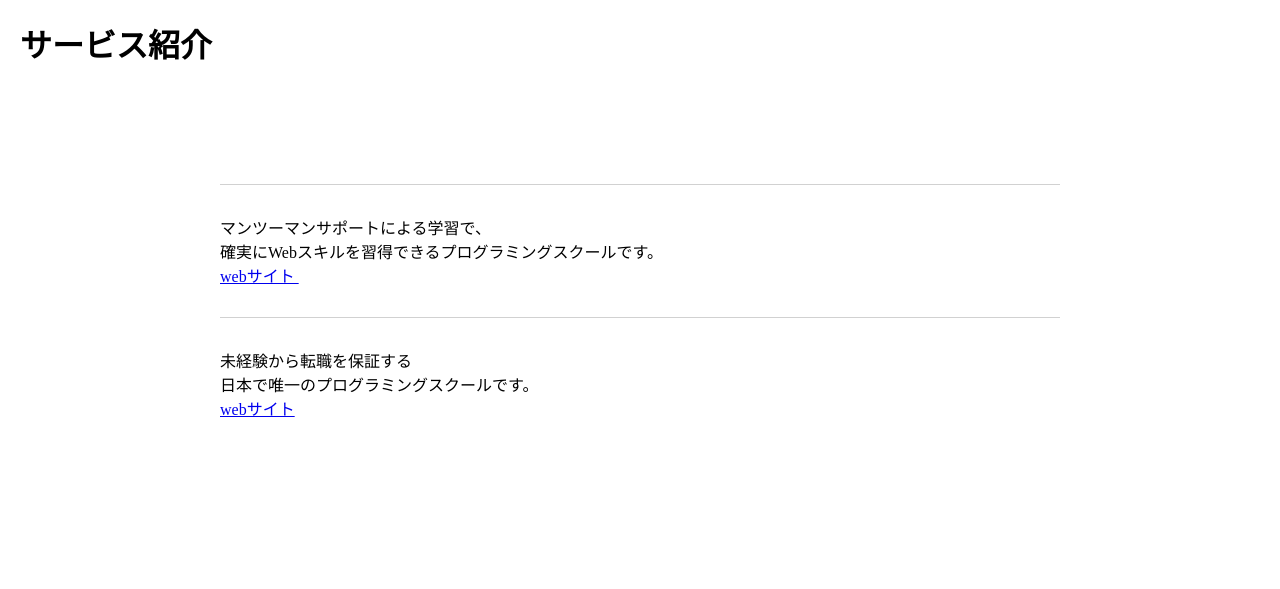
Repository: yesohnuki/shinya-ohnuki
Page: caravan/7.html
The author's editor kept a record of every edit. The page is drawn from the files as they stood at one moment, then again after the next edit.
The browser window is 1280 px wide. The pictures show the whole page.

Above is the page before.

After the next edit:
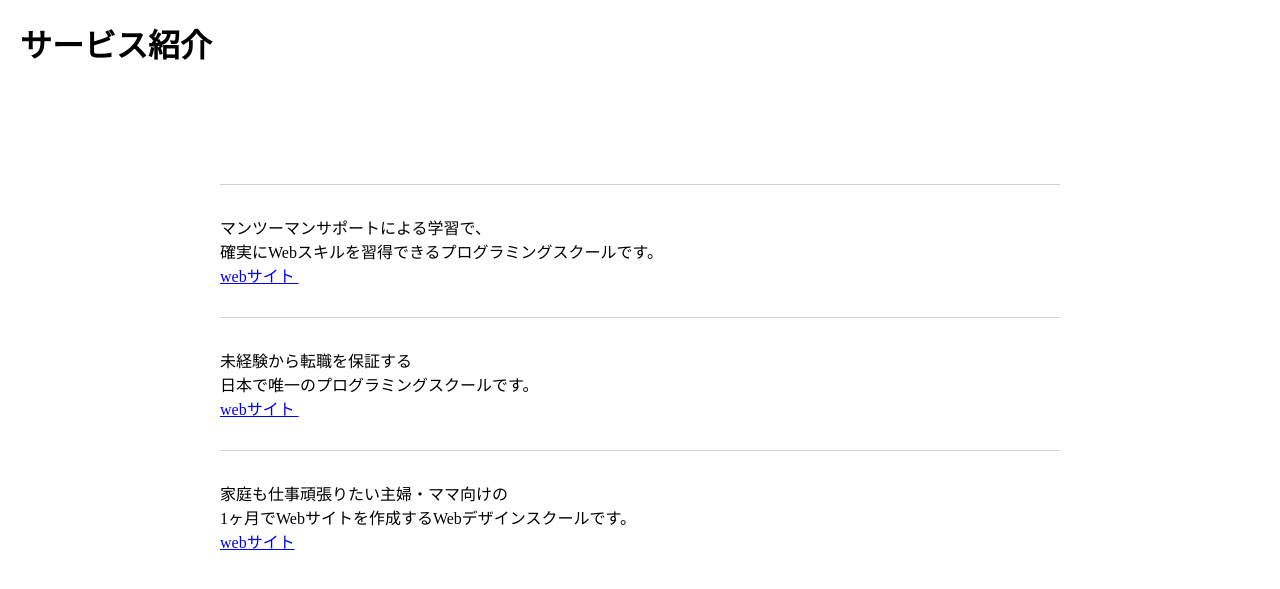
The edit:
--- a/caravan/7.html
+++ b/caravan/7.html
@@ -28,5 +28,11 @@
         <a href="index.html">
           webサイト
         </a>
+        <img class="wc-iong.png"></img>
+        <div class="service3"></div>
+        家庭も仕事頑張りたい主婦・ママ向けの<br>
+        1ヶ月でWebサイトを作成するWebデザインスクールです。</br>
+        <a href="index.html">
+          webサイト
 
     </main>
